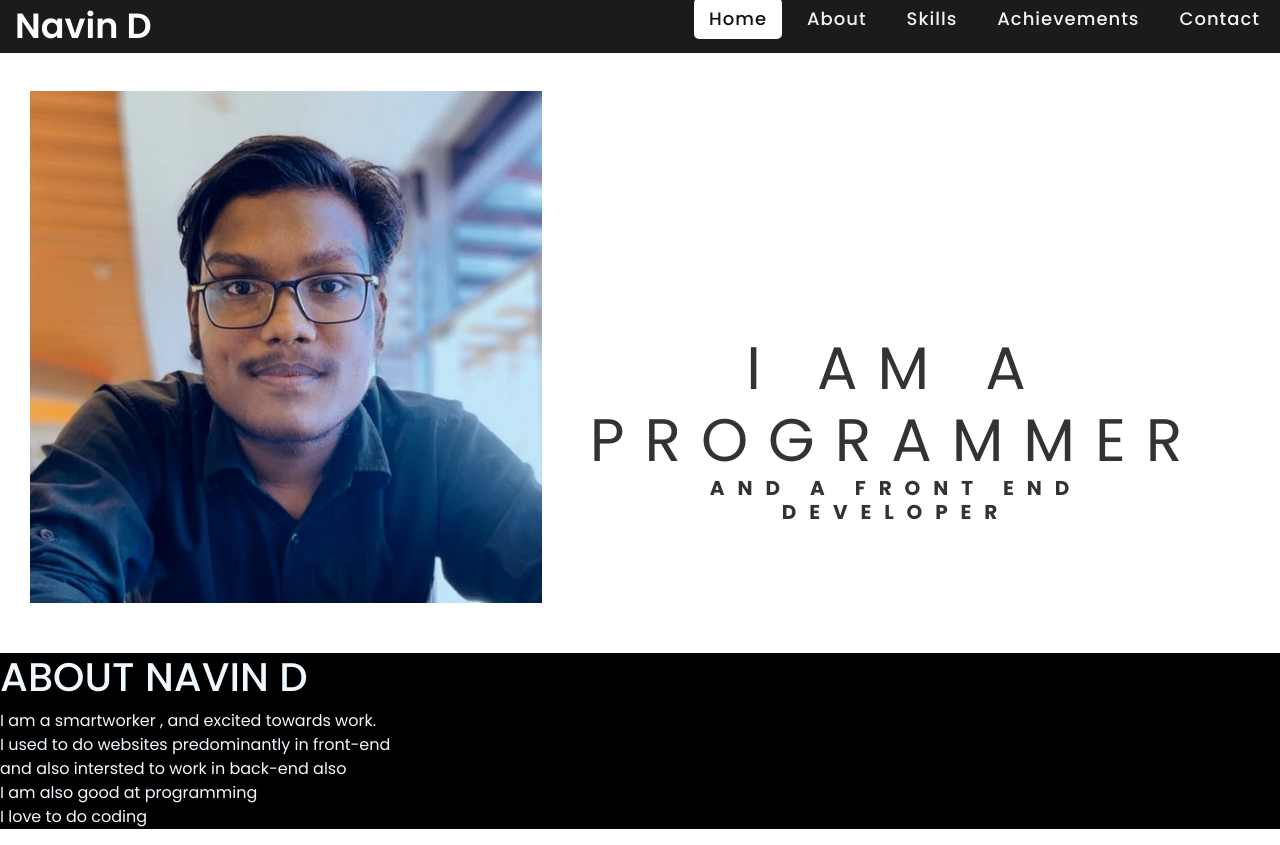
Repository: NavinDayanithi/OIBSIP
Page: Portfolio/index.html
An editor plug-in stored every save of this project. The page is shown before and after a run of saves, followed by the edit.
The browser window is 1280 px wide. The pictures show the whole page.

Above is the page before, as saved 2023-02-20 18:52:28.
Console error: TypeError: Cannot read properties of undefined (reading 'fn')

After the next 4 saves:
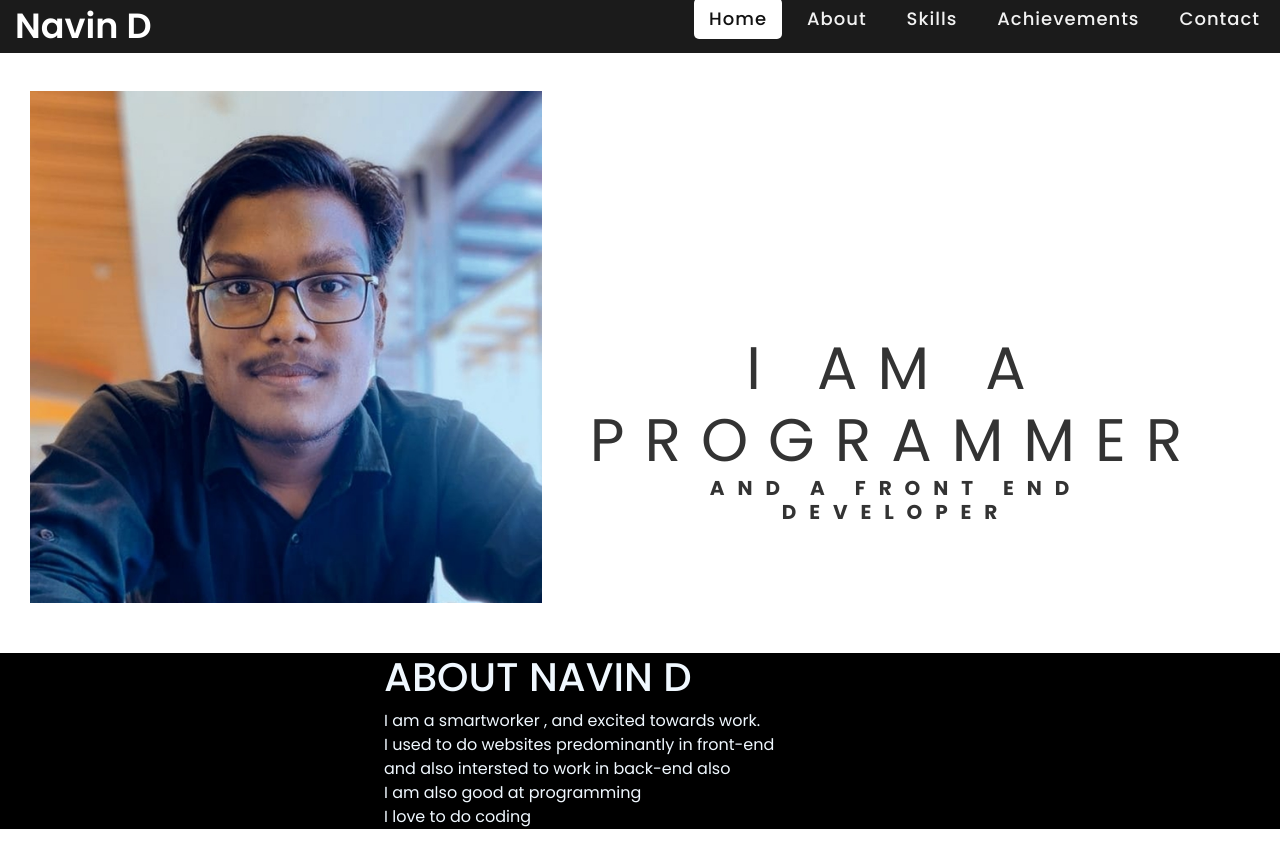
The 4 saves are shown as one change because they came seconds apart.
The last was saved 16 s later.
--- a/Portfolio/style.css
+++ b/Portfolio/style.css
@@ -213,5 +213,5 @@
   }
 
  .about-text{
-   justify-content: center;
-}
+   padding-left: 30%;
+}
